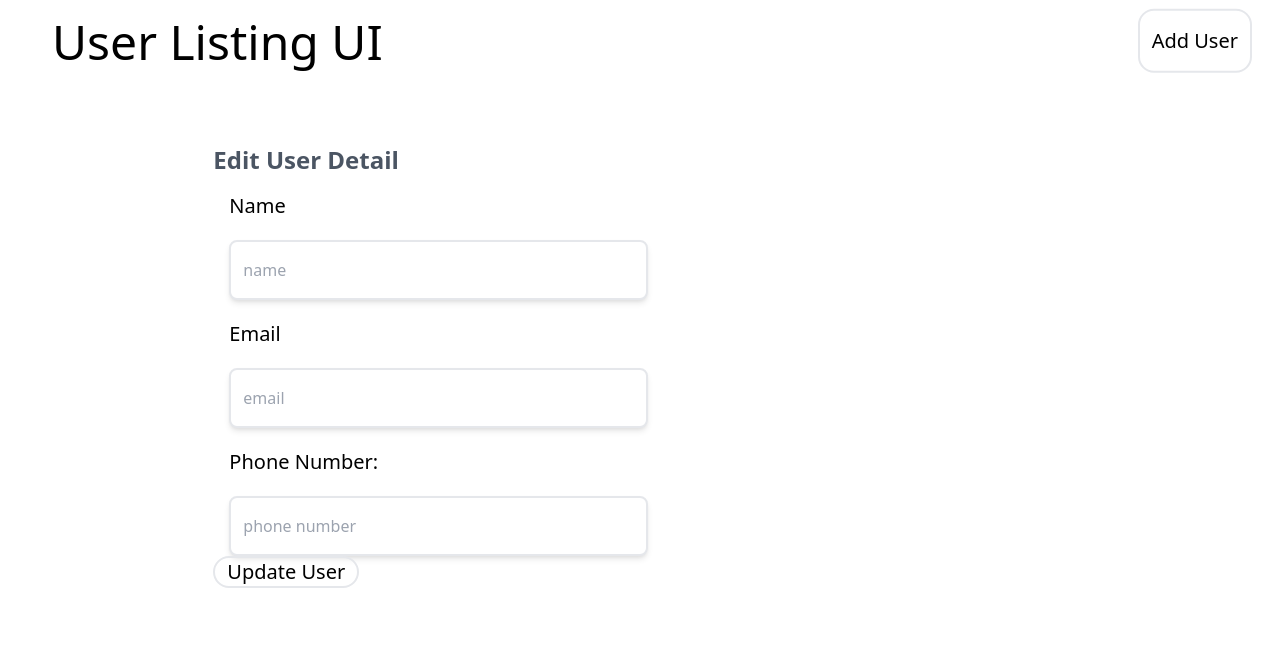
Repository: Marlstergo/listings
Page: /order (app in client/)
The author's editor kept a copy of each file at every save. The page is drawn from the files as they stood at one save, then again after the next save.
The browser window is 1280 px wide. The pictures show the whole page.
The project was rebuilt for these pictures with package versions that can differ from the ones it lists, and the page was loaded fresh each time. Also part of the build but not shown: client/craco.config.js, client/src/components/Loader.js, client/src/components/UserRow.jsx, client/src/components/Home.js, client/src/components/Modal.js. Imported but missing from the stored project, and not drawn on this page: client/src/components/Base, client/src/components/Toppings.

Above is the page before, as saved 2021-07-21 16:00:51.

### client/src/index.js
/* eslint-disable no-unused-vars */
import React from "react";
import ReactDOM from "react-dom";
import "./index.css";
import App from "./App";
import reportWebVitals from "./reportWebVitals";
import { BrowserRouter as Router } from 'react-router-dom';
import { Provider } from "react-redux";
import { store } from "./redux/store";
import { PersistGate } from "redux-persist/integration/react";
import { persistor } from "./redux/store";

ReactDOM.render(
  <React.StrictMode>
    <Provider store={store}>
      <Router>
        <PersistGate persistor={persistor}>
          <App />
        </PersistGate>
      </Router>
    </Provider>
  </React.StrictMode>,
  document.getElementById("root")
);

// If you want to start measuring performance in your app, pass a function
// to log results (for example: reportWebVitals(console.log))
// or send to an analytics endpoint. Learn more: https://bit.ly/CRA-vitals
reportWebVitals();

### client/src/App.js
import React, { useState } from 'react';
import {BrowserRouter, Route, Switch, useLocation } from "react-router-dom";
import Header from './components/Header';
import Home from './components/Home';
import Base from './components/Base';
import Toppings from './components/Toppings';
import Order from './components/EditUser';
import Modal from './components/Modal';
import { AnimatePresence } from 'framer-motion';

function App() {
  const location = useLocation();
  const showModal = true;

  return (
    <>
      <Header />
      {/* <Modal showModal={showModal} /> */}
      <AnimatePresence exitBeforeEnter>
      <BrowserRouter>
        <Switch >
          <Route
          exact
          name="home"
          path="/">
            <Home />
          </Route>
          {/* <Route exact path="/createUpdateUser">
            <Toppings />
          </Route> */}
          <Route path="/order"
          exact
          name="order">
            <Order />
          </Route>

        </Switch>
        </BrowserRouter>
      </AnimatePresence>

    </>
  );
}

export default App;

### client/src/redux/store.js
import { createStore, applyMiddleware } from "redux";
import { logger } from 'redux-logger';
import {persistStore} from 'redux-persist';
// import thunk from 'redux-thunk'
import createSagaMiddleware from 'redux-saga'

import rootSaga from './root-sagas'

import rootReducer from './root-reducer';

const sagaMiddleware = createSagaMiddleware()

const middleware = [sagaMiddleware];

if( process.env.NODE_ENV === 'development'){
    middleware.push(logger)
}

export const store = createStore(rootReducer, applyMiddleware(...middleware))

sagaMiddleware.run(rootSaga)

export const persistor = persistStore(store)

export default (store, persistor);

### client/src/components/Header.js
import React from "react";
import { motion } from "framer-motion";

const svgVariants = {
  hidden: { rotate: -180 },
  visible: {
    rotate: 0,
    transition: { duration: 1 },
  },
};

const pathVariants = {
  hidden: {
    opacity: 0,
    pathLength: 0,
  },
  visible: {
    opacity: 1,
    pathLength: 1,
    transition: {
      duration: 2,
      ease: "easeInOut",
    },
  },
};

const buttonVariants = {
  show: {
    y: [0, -20],
    x: 0,
    textShadow: "0px 0px 8px rgb(255,255,255)",
    boxShadow: "0px 0px 8px rgb(255,255,255)",
    transition: {
      duration: 0.3,
      yoyo: Infinity,
      ease: 'easeOut'
    },
  },
};

const Header = () => {
  return (
    <header className="flex p-7 w-screen justify-between  items-center">
      {/* <motion.div
        className="logo"
        drag
        dragConstraints={{ left: 0, top: 0, right: 0, bottom: 0 }}
        dragElastic={0.7}
      >

      </motion.div> */}
      <motion.div
        className=" flex justify-between w-full ml-6 text-xs"
        initial={{ y: -250 }}
        animate={{ y: -10 }}
        transition={{ delay: 0.2, type: "spring", stiffness: 120 }}
      >
        <h1 className=" pb-4 text-5xl">User Listing UI</h1>
        <motion.button variants={buttonVariants} whileHover="hover"
        animate="show"
        className="text-xl border-2 px-3 rounded-2xl"
        >
          Add User
        </motion.button>
      </motion.div>
    </header>
  );
};

export default Header;

### client/src/components/EditUser.js
import React, { useEffect, useState } from 'react';
import { motion } from 'framer-motion';

const containerVariants = {
  hidden: {
    opacity: 0,
    x: '100vw',
    transition: {
      staggerChildren: 0.5,
    }
  },
  visible: {
    opacity: 1,
    x: 0,
    transition: {
      type: 'spring',
      mass: 0.4,
      damping: 8,
      staggerChildren: 0.4,
      when: "beforeChildren",
    }
  },
};

const childVariants = {
  hidden: {
    opacity: 0,
  },
  visible: {
    opacity: 1,
  }
}

const Order = () => {
  const [userDetails, setUserDetail] = useState({

    name:'',
    email:'',
    phone:'',
  })
  const change =(e)=>{
    const {value, name}= e.target;
    setUserDetail({...userDetails, [name]:value})
  }
  console.log(userDetails)
  return (
    <motion.div className="container order flex justify-center"
      variants={containerVariants}
      initial="hidden"
      animate="visible"
      exit="exit"
    >
      <div className="w-2/3 ">
        <h1 className="text-gray-600 font-semibold pt-6 mb-4 focus:border-gray-500 focus:outline-none focus:ring-0 text-2xl">Edit User Detail</h1>

      <motion.form variants={childVariants} className="pl-4">
        <div className="flex flex-col">
          <label className="text-xl mb-5" htmlFor="">Name</label>
          <input handleChange={change} type="text" name="name"
          className="px-3 py-4 w-1/2 border-2 rounded-lg shadow-md" id="name" placeholder="name" />
        </div>
        <div className="flex flex-col">
          <label handleChange={change} className="text-xl my-5" htmlFor="">Email</label>
          <input type="text" name="email"
          className="px-3 py-4 w-1/2 rounded-lg shadow-md border-2"
          placeholder="email"
          id="email" />
        </div>
        <div className="flex flex-col">
          <label htmlFor="phone" className="text-xl my-5" >Phone Number:</label>
          <input handleChange={change} type="text" name="phone" className="px-3 py-4 w-1/2 rounded-lg shadow-md border-2" id="phone" placeholder="phone number"/>
        </div>
      </motion.form>
      <button className="text-xl border-2 px-3 rounded-2xl">Update User</button>
      <motion.div variants={childVariants}>

      </motion.div>
      </div>
    </motion.div>
  )
}

export default Order;

### client/src/redux/root-sagas.js
import {all, call} from 'redux-saga/effects'
import {userSagas} from './user/user.sagas'


export default function* rootSaga(){
    yield all([
        call(userSagas),
    ])
}

### client/src/redux/root-reducer.js
import {combineReducers} from 'redux'
import userReducer from './user/user.reducer'
// import cartReducer from './cart/cart.reducer'
import {persistReducer} from 'redux-persist'
import storage from 'redux-persist/lib/storage'
// import directoryReducer from './directory/directory.reducer'
// import shopReducer from './shop/shop.reducer'

const persistConfig ={
    key: 'root',
    storage,
    whitelist: ['' ]
}
const rootReducer = combineReducers({
    user: userReducer,

})
export default persistReducer(persistConfig, rootReducer)

### client/src/redux/user/user.sagas.js
import { all, call, put, takeLatest } from "redux-saga/effects";

import UserActionTypes from "./user.types";
import { loadUserDetail } from "./user.action";
// import axios from "axios";
// import { getUserDetailsURL } from "../../components/stringConstants";

export function* getDetails() {
  yield console.log("i fired");

  // try {
  //   console.log("inside try");

  //   const res = yield axios.get(getUserDetailsURL);
  //   const data = yield res.data;
  //   console.log(res);
  //   yield put(loadUserDetail(data ? data.data[0] : {}));
  // } catch (err) {
  //   console.log(err.response);
  //   if (err.response && err.response.statusText === "Not Found") {
  //     // console.log("");
  //     window.location.href = "/profile/settings?newUser=0837";
  //   }
  // }
}

export function* getUserDetails() {
  yield takeLatest(UserActionTypes.GET_USER_DETAIL, getDetails);
}
// export function* loadUserDetails(){
//     yield takeLatest(UserActionTypes.LOAD_USER_DETAIL, loadDetails)
// }

export function* userSagas() {
  yield all([call(getUserDetails)]);
}

### client/src/redux/user/user.reducer.js
import UserActionTypes from "./user.types";
const INITIAL_STATE = {
  // currentUser: null,
  userDetail: {},
  demo: 'i am demo',
  location: null

};
const userReducer = (state = INITIAL_STATE, action) => {
  switch (action.type) {

    case UserActionTypes.LOAD_USER_DETAIL:
      return {
        ...state,
        userDetail: action.payload,
      };

    case UserActionTypes.COLLECT_GEOLOCATION:
      return {
        ...state,
        location: action.payload
      }
    default:
      return state;
  }
};

export default userReducer;

### client/src/redux/user/user.types.js
const UserActionTypes ={
    GOOGLE_SIGN_IN_START : 'GOOGLE_SIGN_IN_START',
    SIGN_IN_SUCCESS : 'SIGN_IN_SUCCESS',
    SIGN_IN_FAILURE : 'SIGN_IN_FAILURE',
    GET_USER_DETAIL: 'GET_USER_DETAIL',
    LOAD_USER_DETAIL: 'LOAD_USER_DETAIL',
    COLLECT_GEOLOCATION: 'COLLECT_GEOLOCATION',
    FETCH_GEOLOCATION: 'FETCH_GEOLOCATION'
}
export default UserActionTypes;

### client/src/redux/user/user.action.js
import UserActionTypes from './user.types'



// export const googleSignInStart = () => ({
//     type: UserActionTypes.GOOGLE_SIGN_IN_START
// })

// export const signInSuccess = (user) => ({
//     type: UserActionTypes.SIGN_IN_SUCCESS,
//     payload: user
// })

export const getUserDetail = () => ({
    type: UserActionTypes.GET_USER_DETAIL,

})
export const loadUserDetail = (details) => ({
    type: UserActionTypes.LOAD_USER_DETAIL,
    payload: details
})

export const fetchGeoloction = () => ({
    type: UserActionTypes.FETCH_GEOLOCATION
})
export const collectGeolocation = (location) => ({
    type: UserActionTypes.COLLECT_GEOLOCATION,
    payload: location
})
// })

### client/tailwind.config.js
  // tailwind.config.js
  module.exports = {
    // mode:'jit',
    purge: ['./src/**/*.{js,jsx,ts,tsx}', './public/index.html'],
     darkMode: false, // or 'media' or 'class'
     theme: {
       extend: {},
     },
     variants: {
       extend: {},
     },
     plugins: [],
   }

Loaded but not shown: client/public/index.html (common file); client/src/index.css (common file); client/src/reportWebVitals.js (common file)

After the next save:
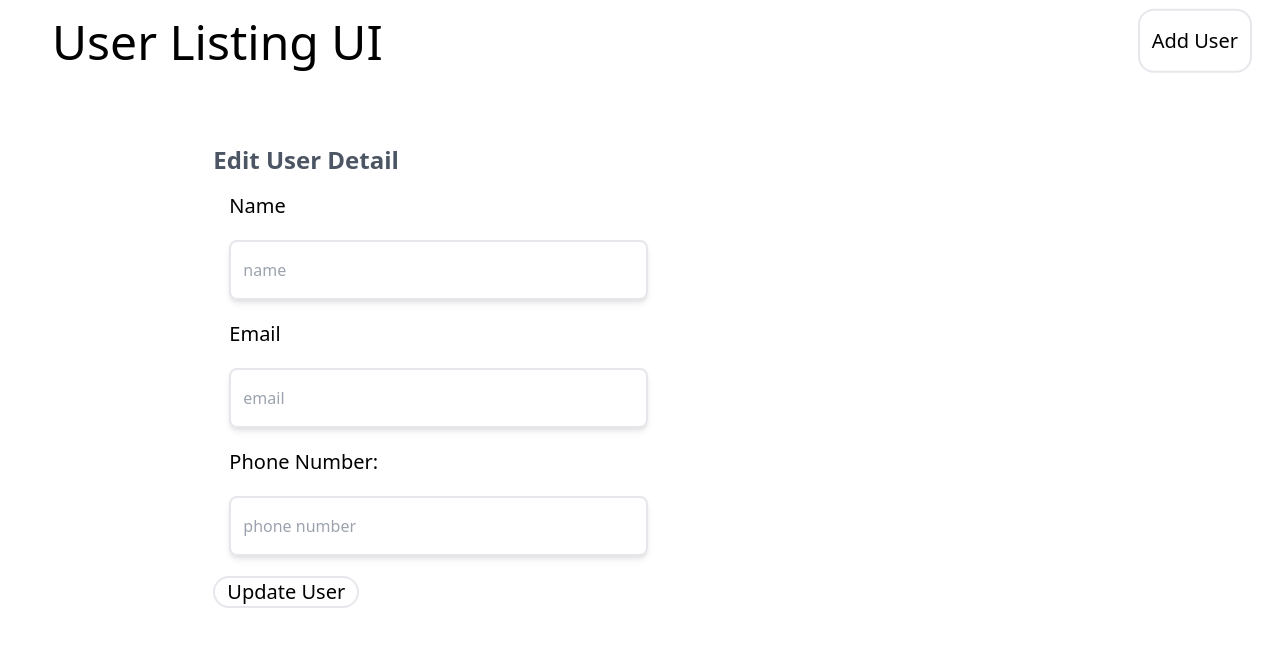
Saved 13 s later.
--- a/client/src/components/EditUser.js
+++ b/client/src/components/EditUser.js
@@ -71,7 +71,7 @@ const Order = () => {
           <input handleChange={change} type="text" name="phone" className="px-3 py-4 w-1/2 rounded-lg shadow-md border-2" id="phone" placeholder="phone number"/>
         </div>
       </motion.form>
-      <button className="text-xl border-2 px-3 rounded-2xl">Update User</button>
+      <button className="text-xl border-2 px-3 rounded-2xl mt-5 ">Update User</button>
       <motion.div variants={childVariants}>
 
       </motion.div>
